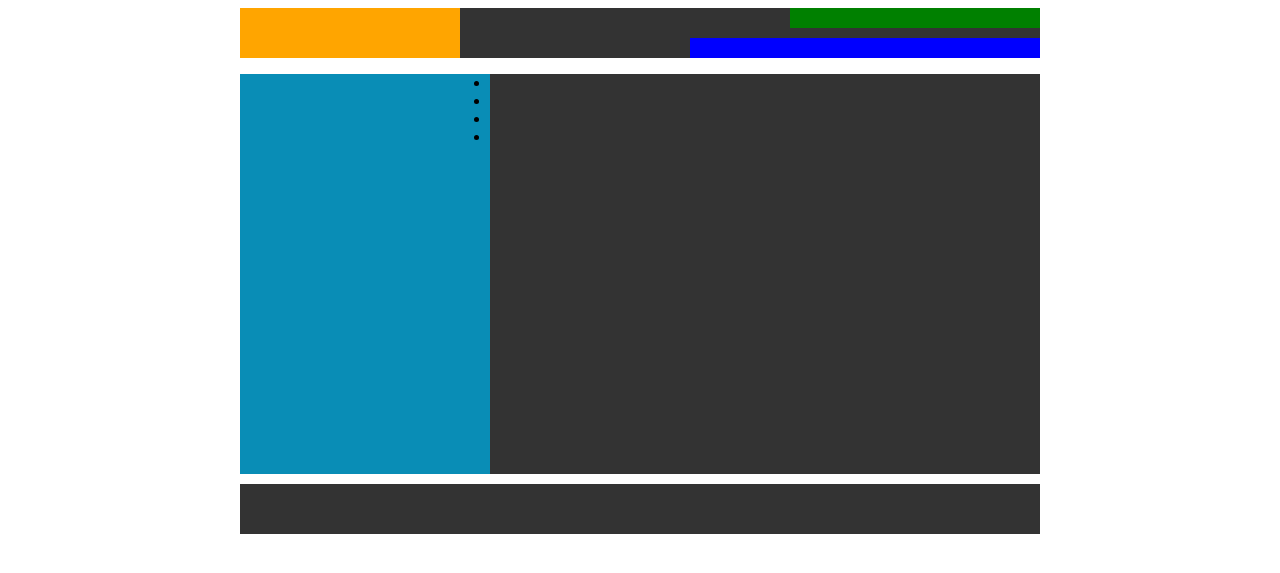
Repository: Tdaine/node
Page: css/code/floatWebLayout.html
An editor plug-in stored every save of this project. The page is shown before and after the next save, followed by the edit.
The browser window is 1280 px wide. The pictures show the whole page.

Above is the page before, as saved 2021-04-28 15:37:31.

After the next save:
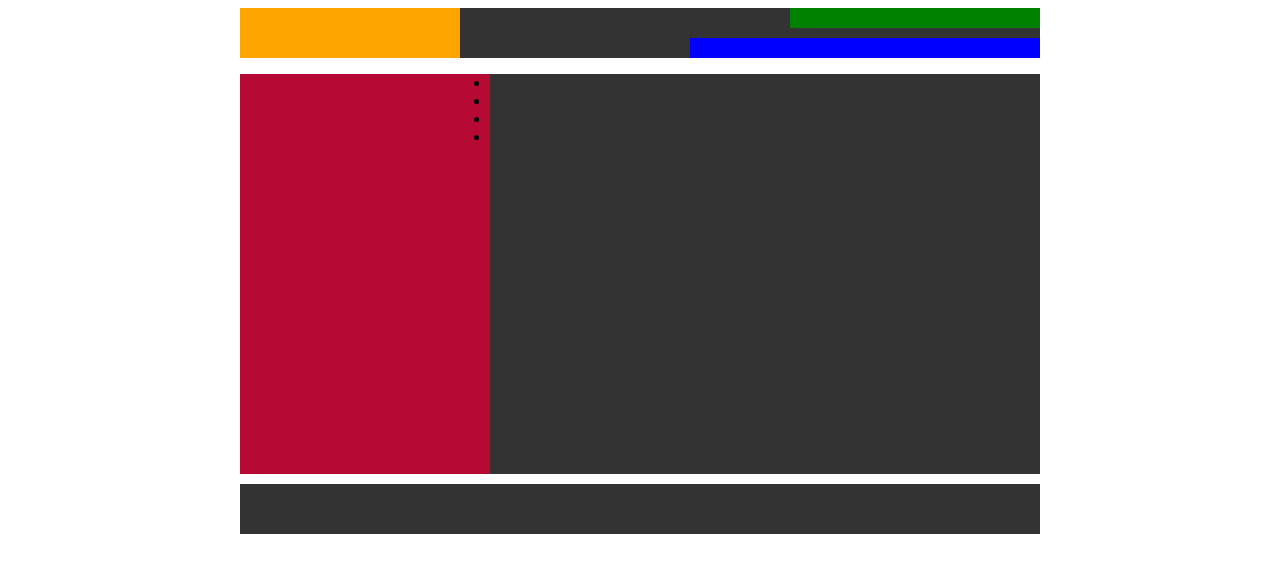
Saved 29 s later.
--- a/css/code/floatWebLayout.html
+++ b/css/code/floatWebLayout.html
@@ -48,7 +48,7 @@
       width: 250px;
       height: 400px;
       float: left;
-      background-color: rgb(9,141,182);
+      background-color: #b60934;
     }
   </style>
 </head>
